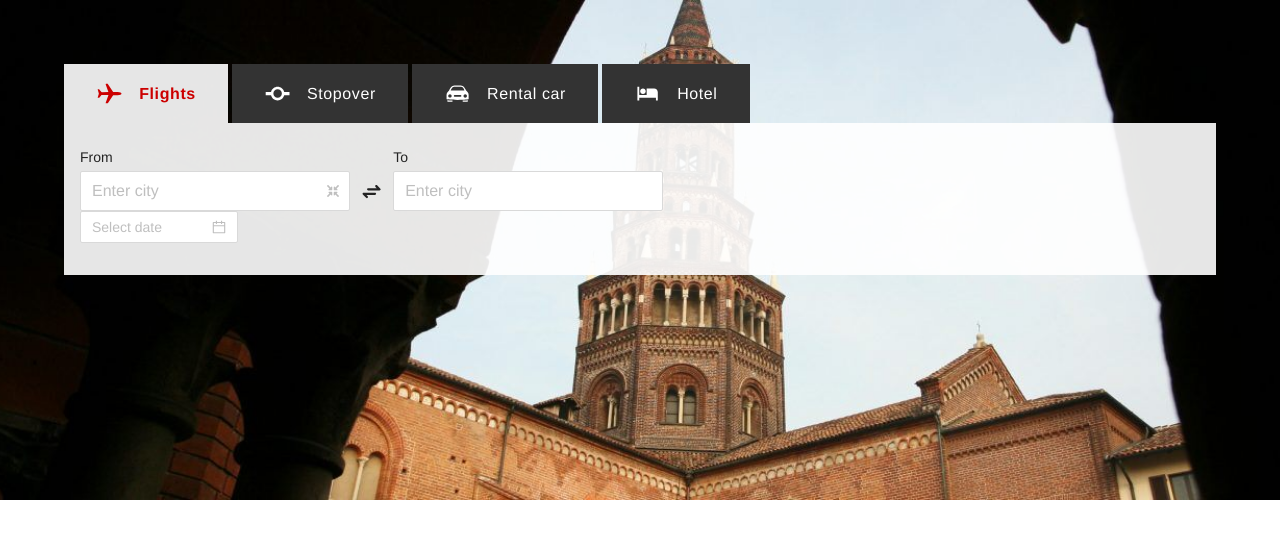
Repository: guidogr95/Everymundo-Excercise
Page: /
The author's editor kept a copy of each file at every save. The page is drawn from the files as they stood at one save, then again after the next save.
The browser window is 1280 px wide. The pictures show the whole page.
The project was rebuilt for these pictures with package versions that can differ from the ones it lists, and the page was loaded fresh each time. Also part of the build but not shown: src/components/CustomSpin/customspin.scss.

Above is the page before, as saved 2021-07-01 17:18:00.

### src/App.jsx
// utils
import {
  QueryClient,
  QueryClientProvider,
} from 'react-query'
// styles
import 'antd/dist/antd.css';
import './app.scss';
// components
import BookingMask from 'src/components/BookingMask'

const queryClient = new QueryClient({
  defaultOptions: {
    queries: {
      refetchOnWindowFocus: false,
    },
  },
})

function App() {
  return (
    <QueryClientProvider client={queryClient}>
      <div className="App">
        <div className="flightmanager-container container" >
          <BookingMask />
        </div>
      </div>
    </QueryClientProvider>
  );
}

export default App;

### src/app.scss
@import 'styles/global';

.App {
  .container {
    width: $desktop-maxwidth;
    max-width: 100%;
  }
  .flightmanager-container {
    background: url('./assets/images/bg.jpg');
    background-size: cover;
    background-position: center;
    min-height: 500px;
    margin: auto;
    padding: 4rem;
  }
}

### src/components/BookingMask/index.jsx
import { useState } from 'react'
// styles
import './bookingmask.scss'
// assets
import { IoIosAirplane, IoMdGitCommit, IoIosCar, IoMdBed } from 'react-icons/io'
// components
import EmptyTab from './EmptyTab'
import FlightsTab from './FlightsTab'

const BookingMask = () => {
  const tabs = [
    {
      name: 'Flights',
      icon: <IoIosAirplane />,
      component: <FlightsTab />
    },
    {
      name: 'Stopover',
      icon: <IoMdGitCommit />,
      component: <EmptyTab />
    },
    {
      name: 'Rental car',
      icon: <IoIosCar />,
      component: <EmptyTab />
    },
    {
      name: 'Hotel',
      icon: <IoMdBed />,
      component: <EmptyTab />
    }
  ]

  const [activeTab, setActiveTab] = useState(tabs[0].name)
  const handleTab = name => setActiveTab(name)

  return (
    <section className="bookingmask" >
      <ul className="bookingmask__nav" >
        {tabs.map(tab =>
          <button
            className={activeTab === tab.name ? 'active' : ''}
            onClick={() => handleTab(tab.name)}
            key={tab.name}
          >
            {tab.icon}<span>{tab.name}</span>
          </button>
        )}
      </ul>
      <div className="bookingmask__tabs-wrapper" >
          {tabs.map(tab =>
            <div
              key={tab.name}
              className={`bookingmask__tab${activeTab === tab.name ? ' active' : ''}`}
            >
              {tab.component}
            </div>
          )}
      </div>
    </section>
  )
}

export default BookingMask

### src/styles/_global.scss
@import 'variables';
@import 'mixins';

html,
body {
  position: relative;
  padding: 0;
  margin: 0;
  font-family: $font-family;
  -webkit-text-size-adjust: 100%;
  -webkit-font-smoothing: auto;
  -moz-font-smoothing: auto;
  -moz-osx-font-smoothing: auto;
  --antd-wave-shadow-color: #c00;
}
* {
  box-sizing: border-box;
}
ul {
  margin: 0;
  padding: 0;
}
button {
  border: none;
  cursor: pointer;
}
.ant-select {
  min-width: 270px;
}
.ant-select:not(.ant-select-disabled):hover .ant-select-selector,
.ant-select-focused:not(.ant-select-disabled).ant-select:not(.ant-select-customize-input) .ant-select-selector {
  border-color: $color-red !important;
}
body::-moz-selection,
body::selection {
  color: $color-red !important;
  background: $color-red !important;
}

### src/styles/_variables.scss
// measurements
$desktop-maxwidth: 90rem;
// colors
$color-red: #c00;
$color-gray: #333333;
$color-white: #fff;
// fonts
// font-family
$font-family: SwissText,Helvetica,Arial,sans-serif,LufthansaMamSymbolText;
// font-weight
$font-weight-medium: 700;
$font-weight-small: 300;
// font-size
$font-size-normal: 1rem;
$font-size-large: 1.7rem;
// line height
$line-height-medium: 2.2rem;
// letter spacing
$letter-spacing-small: .6px;

// tab variables
// colors
$color-active-tab-bg: hsla(0,0%,100%,.9);
// padding
$padding-tab-link: 1rem 2rem;
$padding-tab-content: 3rem 1rem 2rem 1rem;
// margin
$margin-tab-link: 0 0 0 .25rem;

### src/styles/_mixins.scss
// MIXINS
@mixin breakpoint($point) {
  @media (max-width: $point) {
    @content;
  }
}

### src/components/BookingMask/bookingmask.scss
@import '/src/styles/variables';
.bookingmask {
  &__nav {
    list-style: none;
    button {
      &:not(:first-of-type) {
        margin: $margin-tab-link;
      }
      color: $color-white;
      background: $color-gray;
      padding: $padding-tab-link;
      display: inline-flex;
      align-items: center;
      font-size: $font-size-normal;
      font-weight: $font-weight-small;
      letter-spacing: $letter-spacing-small;
      &.active {
        color: $color-red;
        font-weight: $font-weight-medium;
        background-color: $color-active-tab-bg;
      }
      svg {
        margin-right: 1rem;
        font-size: $font-size-large;
      }
    }
  }
  &__tabs-wrapper {
    position: relative;
  }
  &__tab {
    position: absolute;
    top: 0;
    left: 0;
    right: 0;
    padding: $padding-tab-content;
    background-color: $color-active-tab-bg;
    display: none;
    &.active {
      display: block;
    }
  }
}

### src/components/BookingMask/EmptyTab/index.jsx
const EmptyTab = () => {
  return (
    <div>
      some more stuff
    </div>
  )
}

export default EmptyTab

### src/components/BookingMask/FlightsTab/index.jsx
import { useRef } from 'react'
// assets
import { CgArrowsExchange } from 'react-icons/cg'
import { FaCompressArrowsAlt } from 'react-icons/fa'
// components
import AirportInput from './AirportInput'
import DateInput from './DateInput'

import './flightstab.scss'

const FlightsTab = ({ name, activeTab }) => {

  const fromRef = useRef(null)
  const toRef = useRef(null)

  return (
    <div className="bookingmask__flight" >
      <div className="bookingmask__flight--geo" >
        <AirportInput
          ref={fromRef}
          label="From"
          placeholder="Enter city"
          id="fromInput"
          showArrow={true}
          suffixIcon={<FaCompressArrowsAlt/>}
          />
        <span className="separator" >
          <CgArrowsExchange/>
        </span>
        <AirportInput
          ref={toRef}
          label="To"
          placeholder="Enter city"
          id="toInput"
          showArrow={false}
        />
      </div>
      <div className="bookingmask__flight--date" >
        <DateInput/>
      </div>
    </div>
  )
}

export default FlightsTab

### src/components/BookingMask/FlightsTab/AirportInput/index.jsx
import { forwardRef, useCallback, useState, useMemo } from 'react'
// utils
import throttle from 'lodash/throttle'
import { Select } from 'antd'
// api
import { fetchAirports } from 'src/api/fetchers'
// components
import CustomSpin from 'src/components/CustomSpin'

import './airportinput.scss'

const { Option } = Select;

const AirportInput = forwardRef(({ placeholder, showArrow, suffixIcon, label, id }, ref) => {
  const [term, setTerm] = useState('')
  const [isLoading, setIsLoading] = useState(false)
  const [data, setData] = useState([])

  const throttledFetch = useMemo(
    () =>
      throttle(val => {
        fetchAirports(val)
        .then((res) => setData(res.data || []))
        .catch(() => setData([]))
        .finally(() => {
          setIsLoading(false)
        })
      }, 2000),
    []
  )
  const handleSelect = useCallback(
    val => {
      setIsLoading(true)
      const innerVal = val || ''
      setTerm(innerVal)
      // fetching api accepts a min of 3 letters for search
      if (innerVal.length <= 2) {
        setData([])
        setIsLoading(false)
      } else {
        throttledFetch(val)
      }
    },
    [throttledFetch]
  )

  return (
    <div className="airportinput__wrapper" >
      {label && <label htmlFor={id} >{label}</label>}
      <Select
        showSearch
        allowClear
        id={id}
        ref={ref}
        placeholder={placeholder || 'Enter city'}
        value={term || undefined}
        onSearch={handleSelect}
        onChange={(val) => setTerm(val)}
        onClear={handleSelect}
        size='large'
        showArrow={showArrow}
        suffixIcon={suffixIcon}
        optionLabelProp='value'
        defaultActiveFirstOption={false}
        dropdownClassName="airportinput__dropdown"
        filterOption={false}
        notFoundContent={isLoading ? <CustomSpin size="medium"/> : null}
      >
        {data.length > 0
          ? data.map(airport =>
            <Option key={airport.iata} value={`${airport.city} - ${airport.iata}`} >
              <span>{airport.name}</span>
              <span>{airport.iata}</span>
              <span>{airport.country.name}</span>
            </Option>)
          : null
        }
      </Select>
    </div>
  )
})

export default AirportInput

### src/components/BookingMask/FlightsTab/Dateinput/index.jsx
import { DatePicker } from 'antd'

const DateInput = () => {
  return (
    <div className="dateinput__wrapper" >
      <DatePicker />
    </div>
  )
}

export default DateInput

### src/components/BookingMask/FlightsTab/flightstab.scss
@import '/src/styles/variables';
.bookingmask__flight {
  &--geo {
    display: flex;
    .separator {
      display: flex;
      align-items: center;
      font-size: $font-size-large;
      padding: 0 .5rem;
    }
  }
}

### src/api/fetchers.js
// utils
import axios from 'axios'

const apiUrl = 'https://airportnames.vercel.app/api'

const fetchAirports = (term) => axios.post(`${apiUrl}/getAirports`, { term })

export {
  fetchAirports
}

### src/components/CustomSpin/index.jsx
import { Spin } from 'antd'
import { LoadingOutlined } from '@ant-design/icons'

import './customspin.scss'

const antIcon = <LoadingOutlined className="customspin" spin />

const CustomSpin = (props) => <Spin indicator={antIcon} {...props} />

export default CustomSpin

### src/components/BookingMask/FlightsTab/AirportInput/airportinput.scss
.airportinput__dropdown {
  .ant-select-item-empty {
    text-align: center;
  }
  .ant-select-item-option-content {
    display: flex;
    flex-direction: column;
    span:nth-of-type(2) {
      font-weight: bold;
    }
  }
}
.airportinput__wrapper {
  display: flex;
  flex-direction: column;
  position: relative;
  label {
    position: absolute;
    left: 0;
    bottom: calc(100% + .2rem);
  }
}

Loaded but not shown: public/index.html (common file); src/index.jsx (common file); src/reportWebVitals.js (common file)

After the next save:
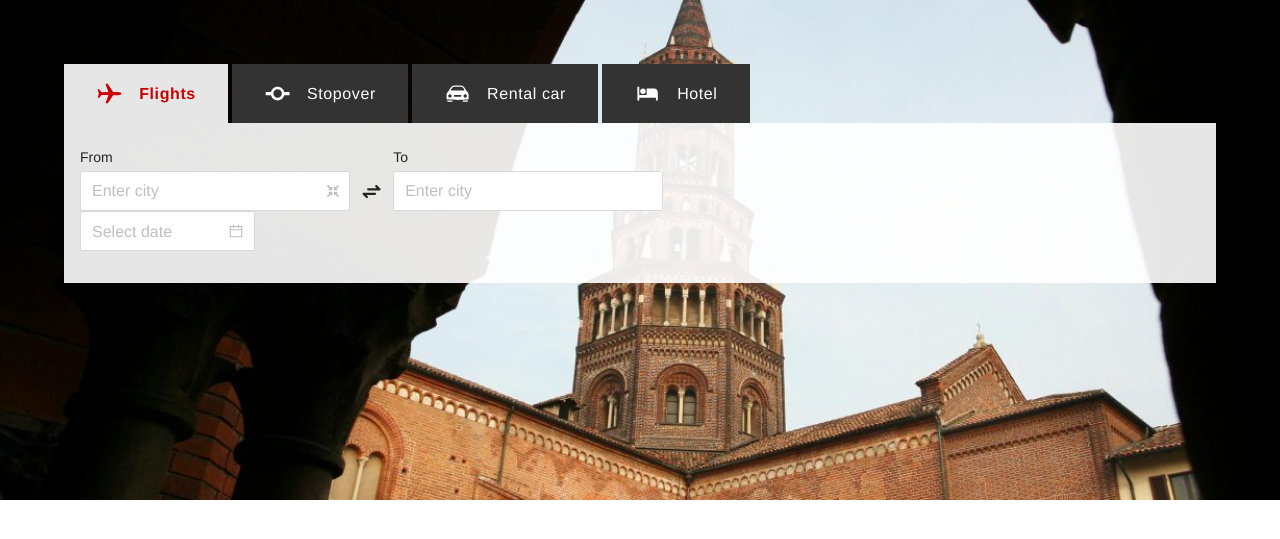
Saved 39 s later.
--- a/src/components/BookingMask/FlightsTab/Dateinput/index.jsx
+++ b/src/components/BookingMask/FlightsTab/Dateinput/index.jsx
@@ -3,7 +3,9 @@ import { DatePicker } from 'antd'
 const DateInput = () => {
   return (
     <div className="dateinput__wrapper" >
-      <DatePicker />
+      <DatePicker
+        size="large"
+      />
     </div>
   )
 }
